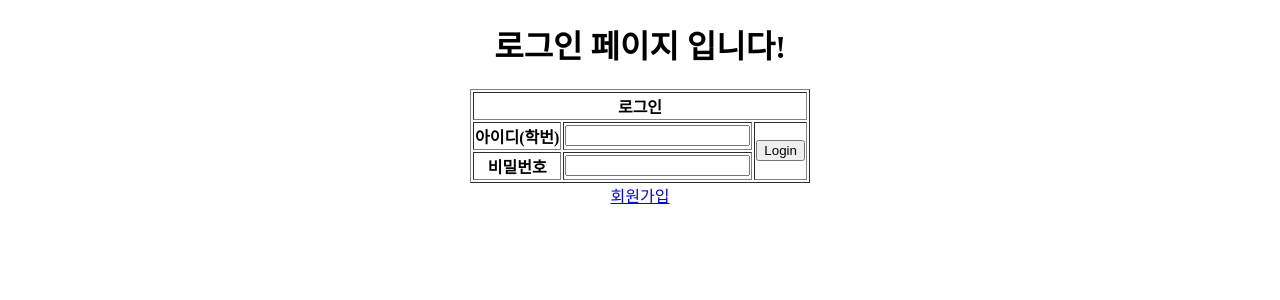
Repository: Park-In-Geun/Programming
Page: 웹프로그래밍 프로젝트/WebProject/WebContent/login.html
An editor plug-in stored every save of this project. The page is shown before and after the next save, followed by the edit.
The browser window is 1280 px wide. The pictures show the whole page.

Above is the page before, as saved 2018-06-14 14:01:00.

After the next save:
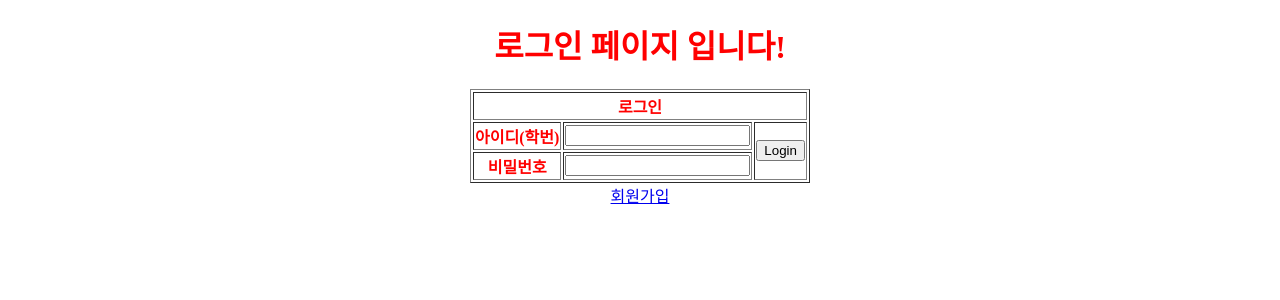
Saved 11 s later.
--- a/웹프로그래밍 프로젝트/WebProject/WebContent/login.html
+++ b/웹프로그래밍 프로젝트/WebProject/WebContent/login.html
@@ -6,7 +6,7 @@
 </head>
 <body>
 <center>
-<h1><font-color=red>로그인 페이지 입니다!</h1>
+<h1><font color=red>로그인 페이지 입니다!</h1>
 <form method=post action=login.jsp>
 <table border=collapse>
 <tr>
